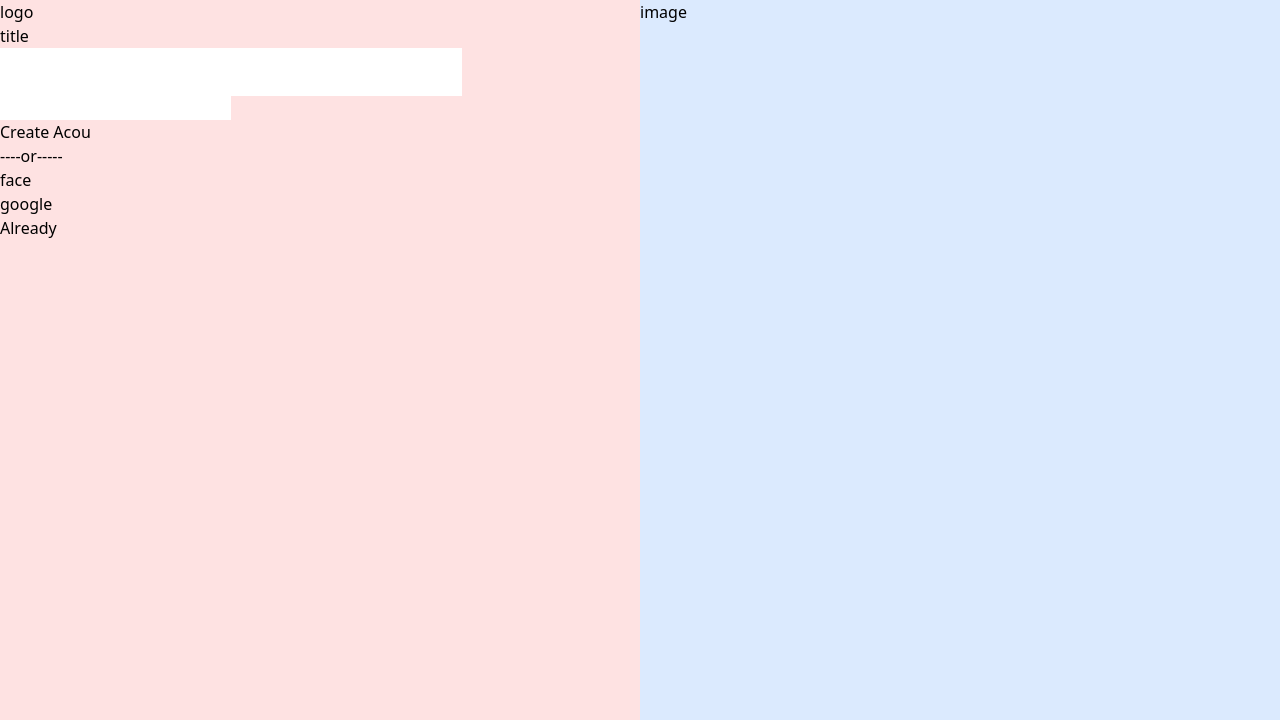
Repository: Abdibaye/Job-Sphere
Page: /
An editor plug-in stored every save of this project. The page is shown before and after the next save, followed by the edit.
The browser window is 1280 px wide. The pictures show the whole page.
The project was rebuilt for these pictures with package versions that can differ from the ones it lists, and the page was loaded fresh each time. Also part of the build but not shown: vite.config.js, src/components/navbar.jsx, src/components/search.jsx, src/components/job.jsx, src/components/feed.jsx, src/components/saved.jsx, src/components/filter.jsx, src/components/pagination.jsx and 2 more.

Above is the page before, as saved 2025-02-18 10:07:38.

### index.html
<!doctype html>
<html lang="en">
  <head>
    <meta charset="UTF-8" />
    <link rel="icon" type="image/svg+xml" href="/vite.svg" />

    <link rel="preconnect" href="https://fonts.googleapis.com">
    <link rel="preconnect" href="https://fonts.gstatic.com" crossorigin>
    <link href="https://fonts.googleapis.com/css2?family=Inter:ital,opsz,wght@0,14..32,100..900;1,14..32,100..900&family=Open+Sans:ital,wght@0,300..800;1,300..800&family=Poppins:wght@100;200;300;400;600;700&display=swap" rel="stylesheet">

    <meta name="viewport" content="width=device-width, initial-scale=1.0" />
    <title>Vite + React</title>
  </head>
  <body>
    <div id="root"></div>
    <script type="module" src="/src/main.jsx"></script>
  </body>
</html>

### src/App.jsx
import HomePage from "./pages/homepage";
import LoginPage from "./pages/loginpage";
import SignUp from "./pages/Signup";


function App() {


  return (
    <>
       <SignUp />
    </>
  );
}

export default App;

### src/pages/Signup.jsx
import React from "react"



function SignUp() {
    return(
        <div className="flex h-screen ">
            <div className="bg-red-100 w-1/2">
              <div>
                 <div>logo</div>
                 <h1>title</h1>
                 <div>
                    <input type="text" />
                    <input type="text" />
                    <input type="text" />
                    <input type="text" />
                    <input type="text" />
                 </div>
                 <button>Create Acou</button>
                 <div>----or-----</div>
                 <div>
                    <div>face</div>
                    <div>google</div>
                 </div>
                 <div>Already</div>
              </div>
            </div>
            <div className="bg-blue-100 w-1/2">image</div>
        </div>
);
}


export default SignUp

### tailwind.config.js
/** @type {import('tailwindcss').Config} */
export default {
  content: [
    "./index.html",
    "./src/**/*.{js,ts,jsx,tsx}",
  ],
  theme: {
    extend: {
      fontFamily: {
        'inter': ['Inter', 'sans-serif'],
      },
    },
  },
  plugins: [],
}

Loaded but not shown: src/main.jsx (common file); src/index.css (common file)

After the next save:
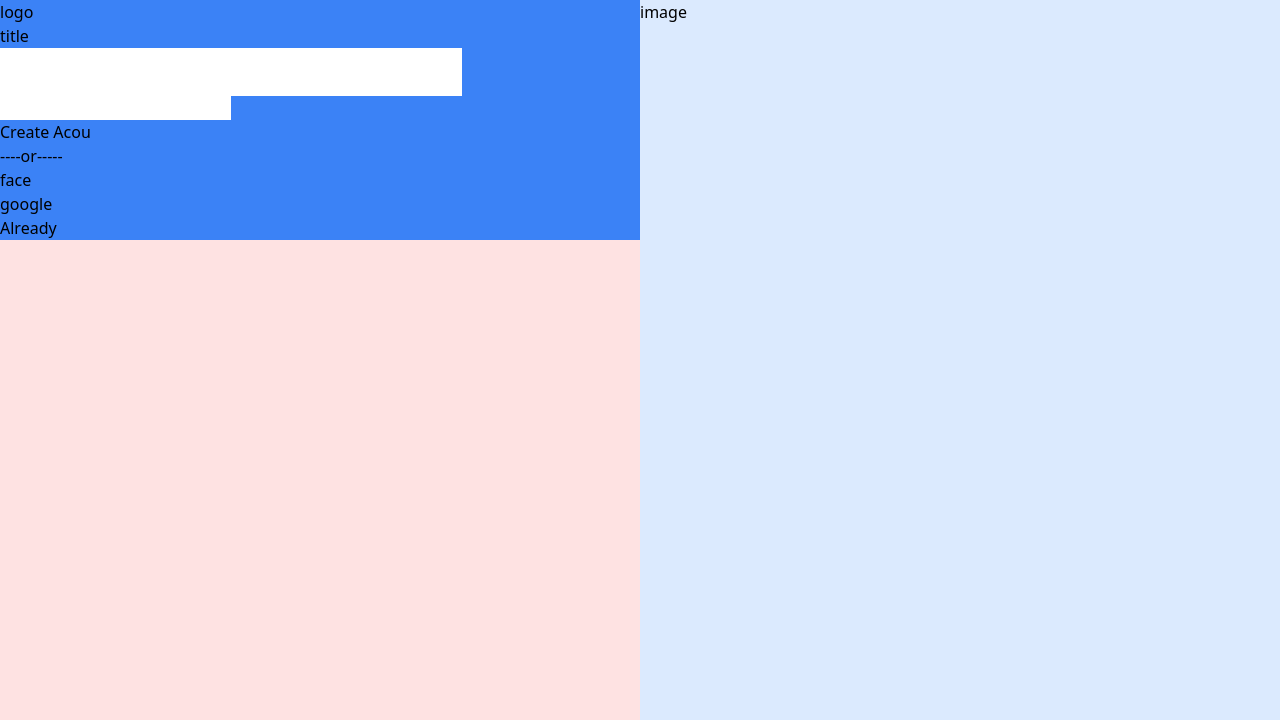
Saved 29 s later.
--- a/src/pages/Signup.jsx
+++ b/src/pages/Signup.jsx
@@ -6,7 +6,7 @@ function SignUp() {
     return(
         <div className="flex h-screen ">
             <div className="bg-red-100 w-1/2">
-              <div>
+              <div className="bg-blue-500">
                  <div>logo</div>
                  <h1>title</h1>
                  <div>
